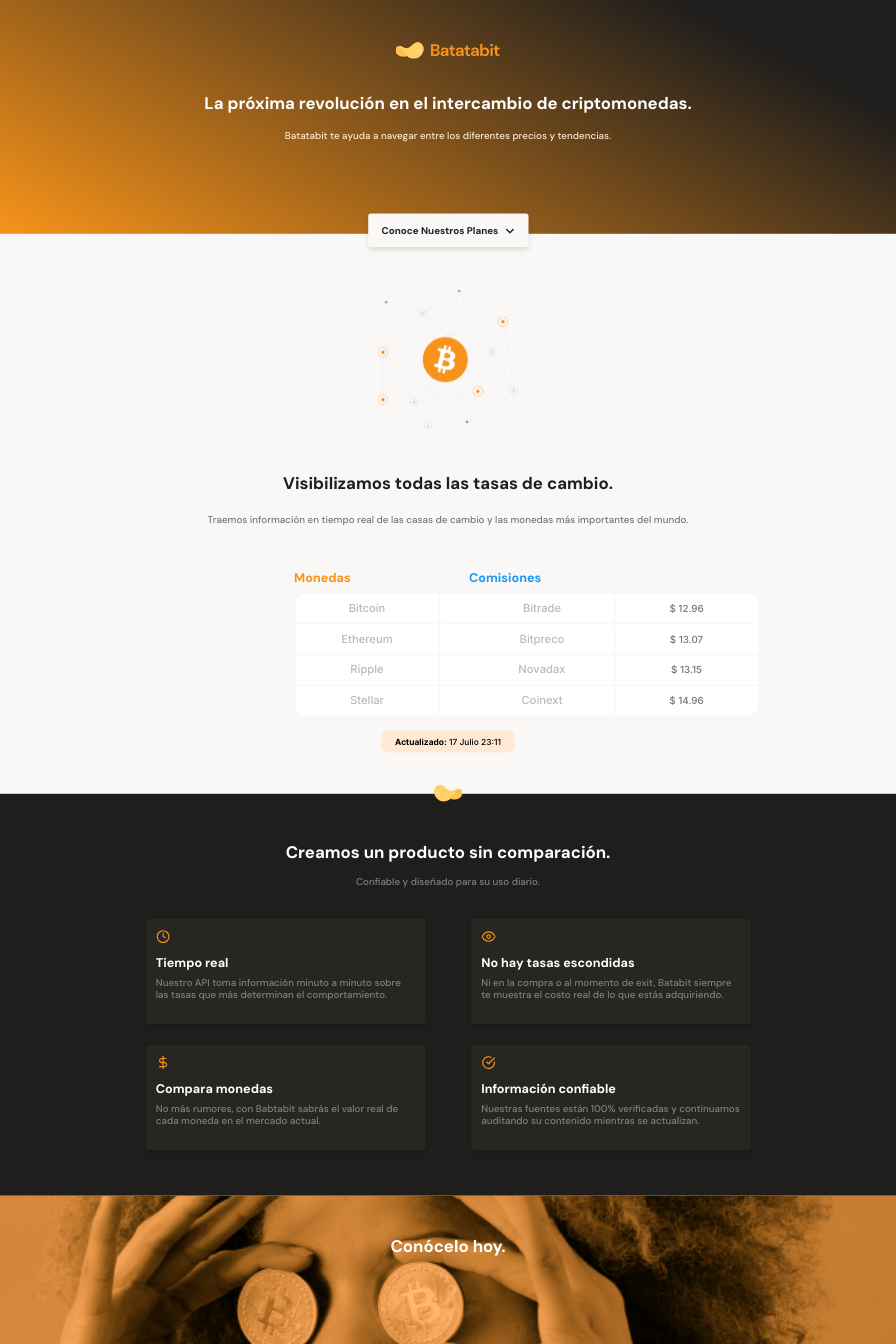
Repository: Pandrea-hub/Batatabit
Page: index.html
These files come from the project's save history. The page is drawn as it stood at one moment and after a run of saves; the edit follows.
The browser window is 1280 px wide. The pictures show the part of the page from y = 0 to 1920 px (the page is 2778 px tall), at 70% of full size.

Above is the page before, as saved 2022-04-20 22:27:56.

After the next 2 saves:
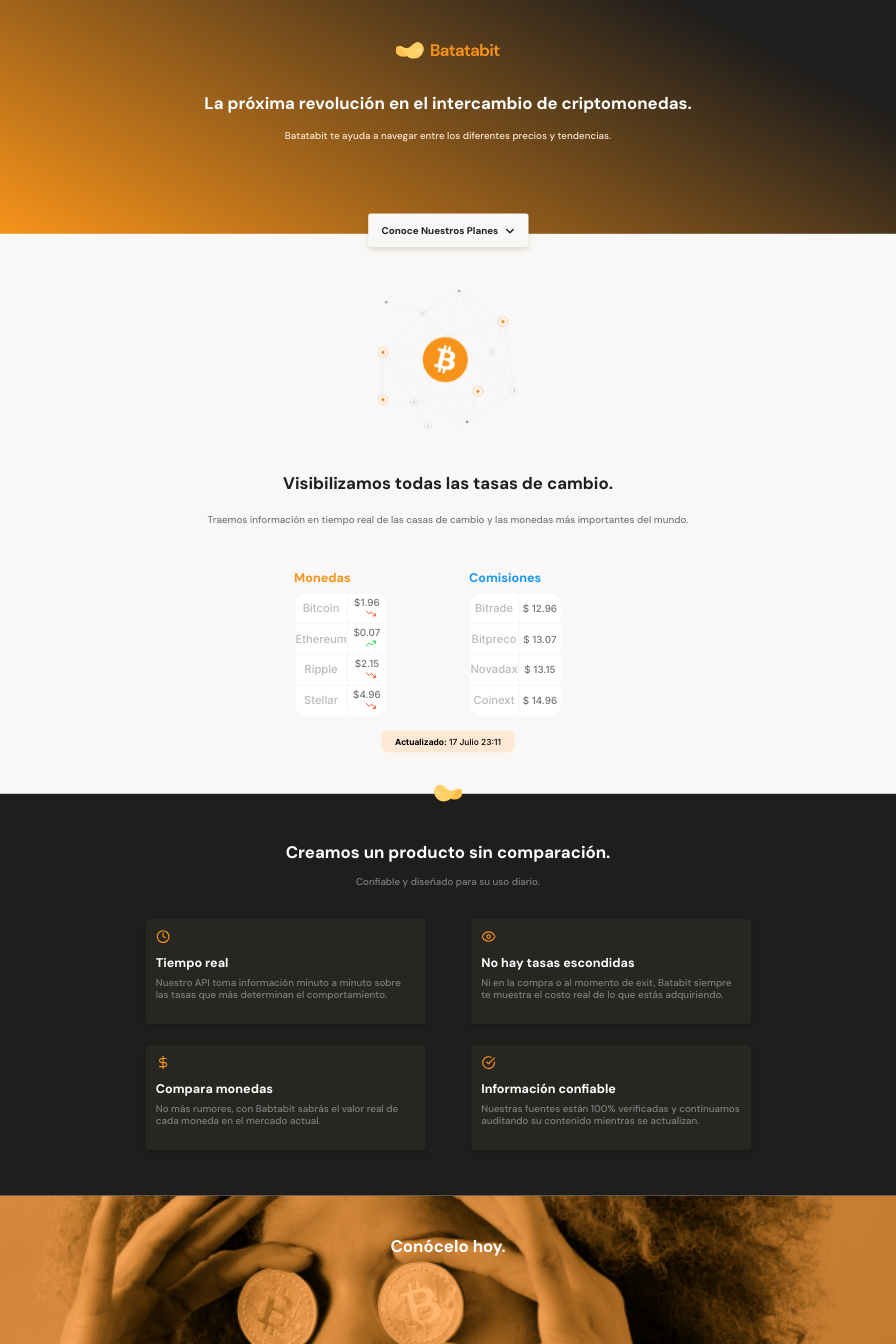
The 2 saves are shown as one change because they came seconds apart.
The last was saved 10 s later.
--- a/css/tablet.css
+++ b/css/tablet.css
@@ -24,8 +24,6 @@
 
 #table-1 table,
 #table-2 table{
-    width: 415px;
-    max-width: 500px;
 }
 
 .container-arrow,
